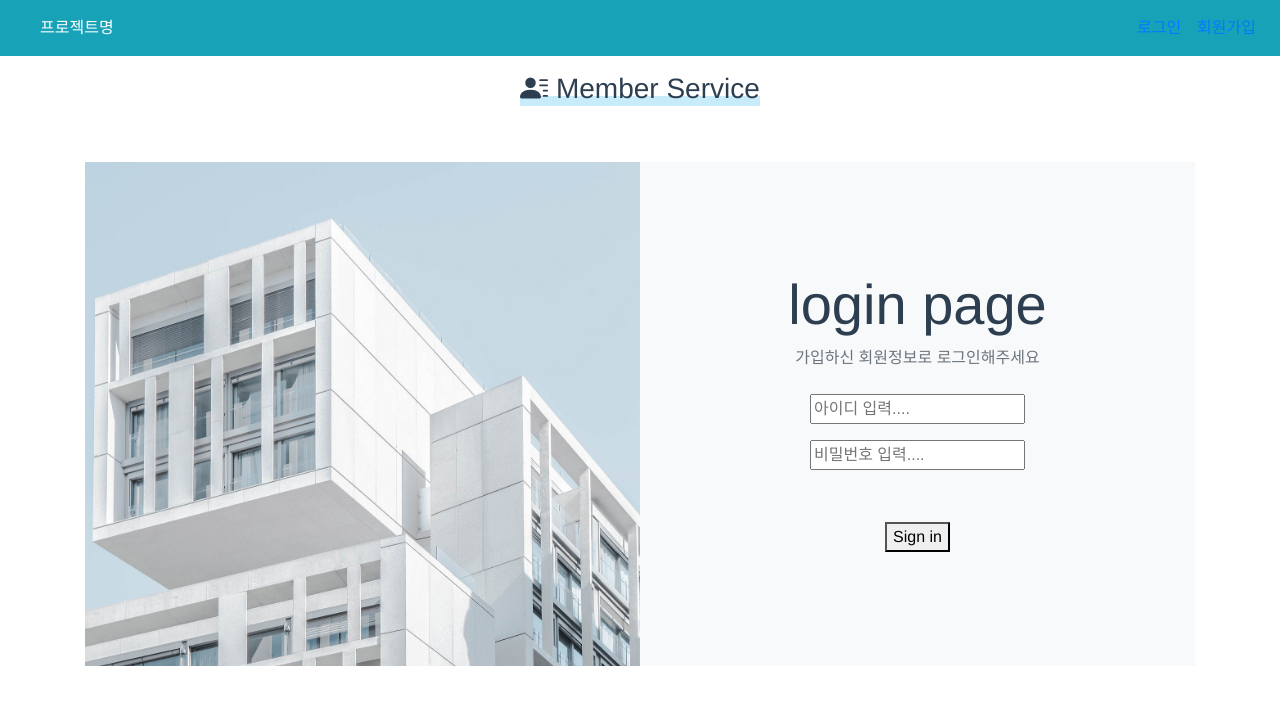
Repository: cheery72/Project_Real_estate
Page: /user/singin (app in frontend/)
These files come from the project's save history. The page is drawn as it stood at one moment and after the next save; the edit follows.
The browser window is 1280 px wide. The pictures show the whole page.
The project was rebuilt for these pictures with package versions that can differ from the ones it lists, and the page was loaded fresh each time. Also part of the build but not shown: frontend/vue.config.js, frontend/src/components/user/child/MemberJoinForm.vue, frontend/src/components/user/MemberJoin.vue, frontend/src/components/user/child/MemberInfoForm.vue, frontend/src/components/user/MemberMyPage.vue, frontend/src/components/user/BookMarkListRow.vue, frontend/src/components/user/MemberMyBookmark.vue. Imported but missing from the stored project, and not drawn on this page: frontend/src/views/Home.vue.

Above is the page before, as saved 2021-11-25 11:20:42.

After the next save:
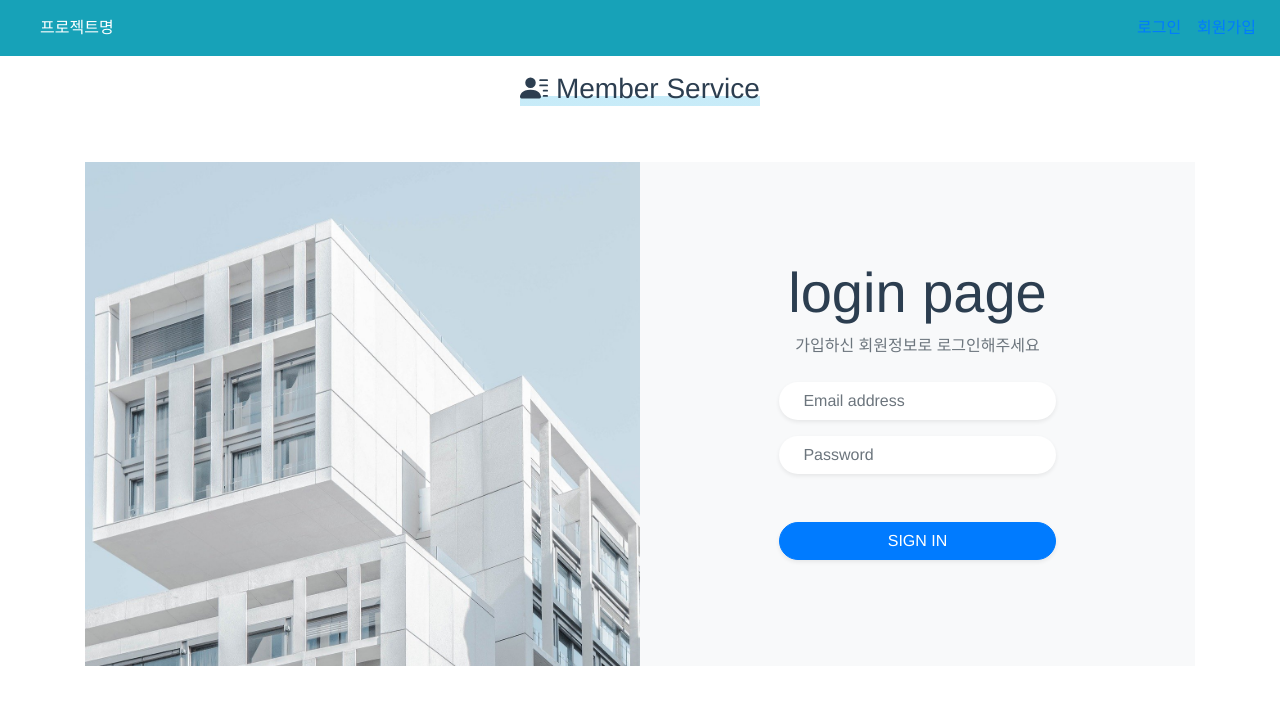
Saved 53 s later.
--- a/frontend/src/components/user/MemberLogin.vue
+++ b/frontend/src/components/user/MemberLogin.vue
@@ -22,29 +22,17 @@
 
                               <b-alert show variant="danger" v-if="isLoginError"
               >아이디 또는 비밀번호를 확인하세요.</b-alert>
-                                <div class="form-group mb-3" label-for="userid">
-                                    <input id="userid"
-                v-model="user.userid"
-                required
-                placeholder="아이디 입력...."
-                @keyup.enter="confirm">
+                                <div class="form-group mb-3" >
+                                    <input id="inputEmail" type="email" placeholder="Email address" required="" autofocus="" class="form-control rounded-pill border-0 shadow-sm px-4">
                                 </div>
-                                <div class="form-group mb-3" label="비밀번호:" label-for="userpwd">
-                                    <input type="password"
-                id="userpwd"
-                v-model="user.userpwd"
-                required
-                placeholder="비밀번호 입력...."
-                @keyup.enter="confirm">
+                                <div class="form-group mb-3">
+                                    <input id="inputPassword" type="password" placeholder="Password" required="" class="form-control rounded-pill border-0 shadow-sm px-4 text-primary">
                                 </div>
                                 <div class="custom-control custom-checkbox mb-2">
                                     <input id="customCheck1" type="checkbox" checked class="custom-control-input">
                                     <!-- <label for="customCheck1" class="custom-control-label">Remember password</label> -->
                                 </div>
-                                <button type="button"
-              variant="primary"
-              class="m-1"
-              @click="confirm">Sign in</button>
+                                <button type="submit" class="btn btn-primary btn-block text-uppercase mb-2 rounded-pill shadow-sm">Sign in</button>
 
                             </form>
                         </div>
